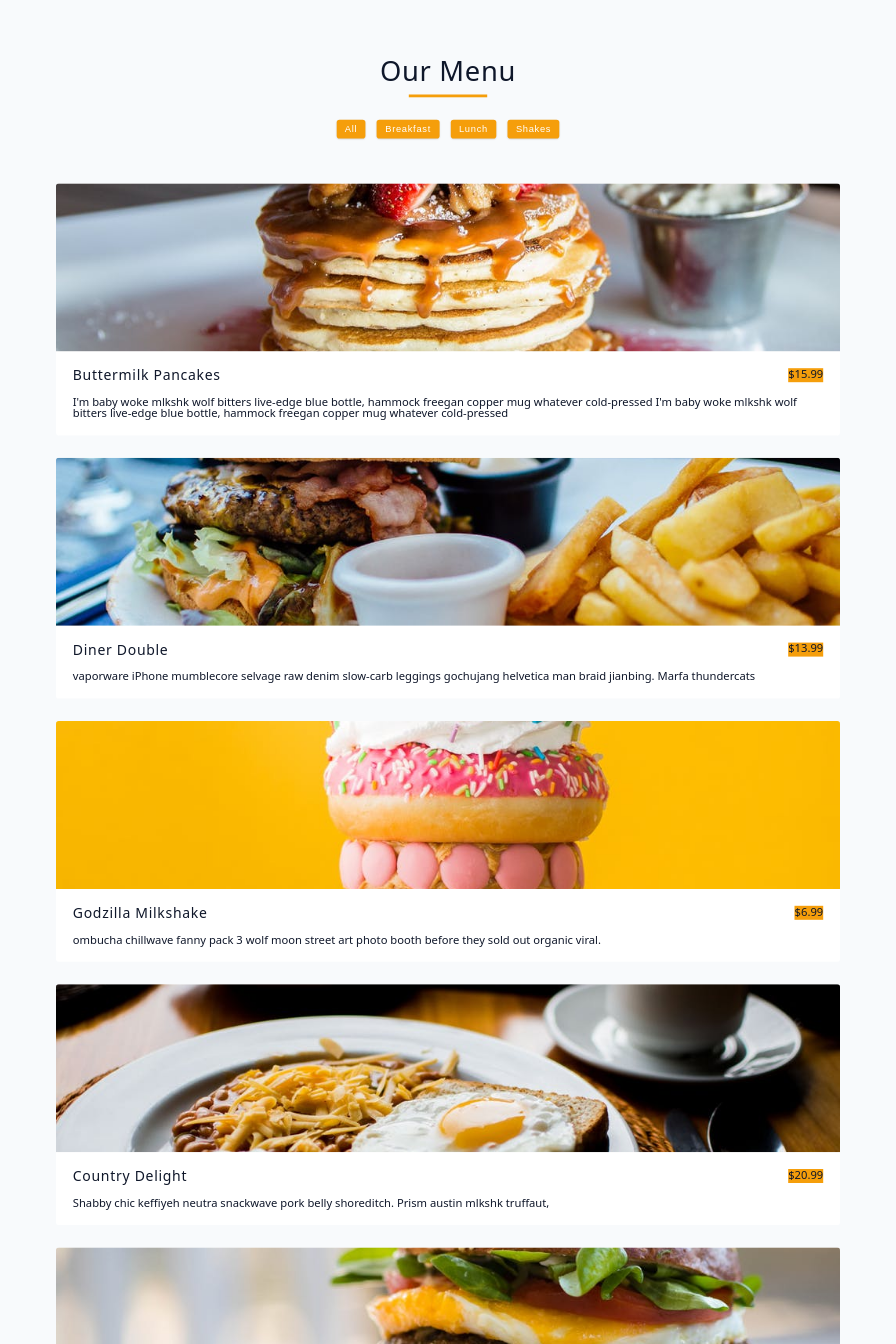
Repository: dydals3440/React-Projects
Page: / (app in 04-fundamental-projects/05-menu/starter/)
These files come from the project's save history. The page is drawn as it stood at one moment and after the next save; the edit follows.
The browser window is 1280 px wide. The pictures show the part of the page from y = 0 to 1920 px (the page is 3710 px tall), at 70% of full size.
The project was rebuilt for these pictures with package versions that can differ from the ones it lists, and the page was loaded fresh each time. Also part of the build but not shown: 04-fundamental-projects/05-menu/starter/vite.config.js.

Above is the page before, as saved 2023-09-07 13:59:42.

After the next save:
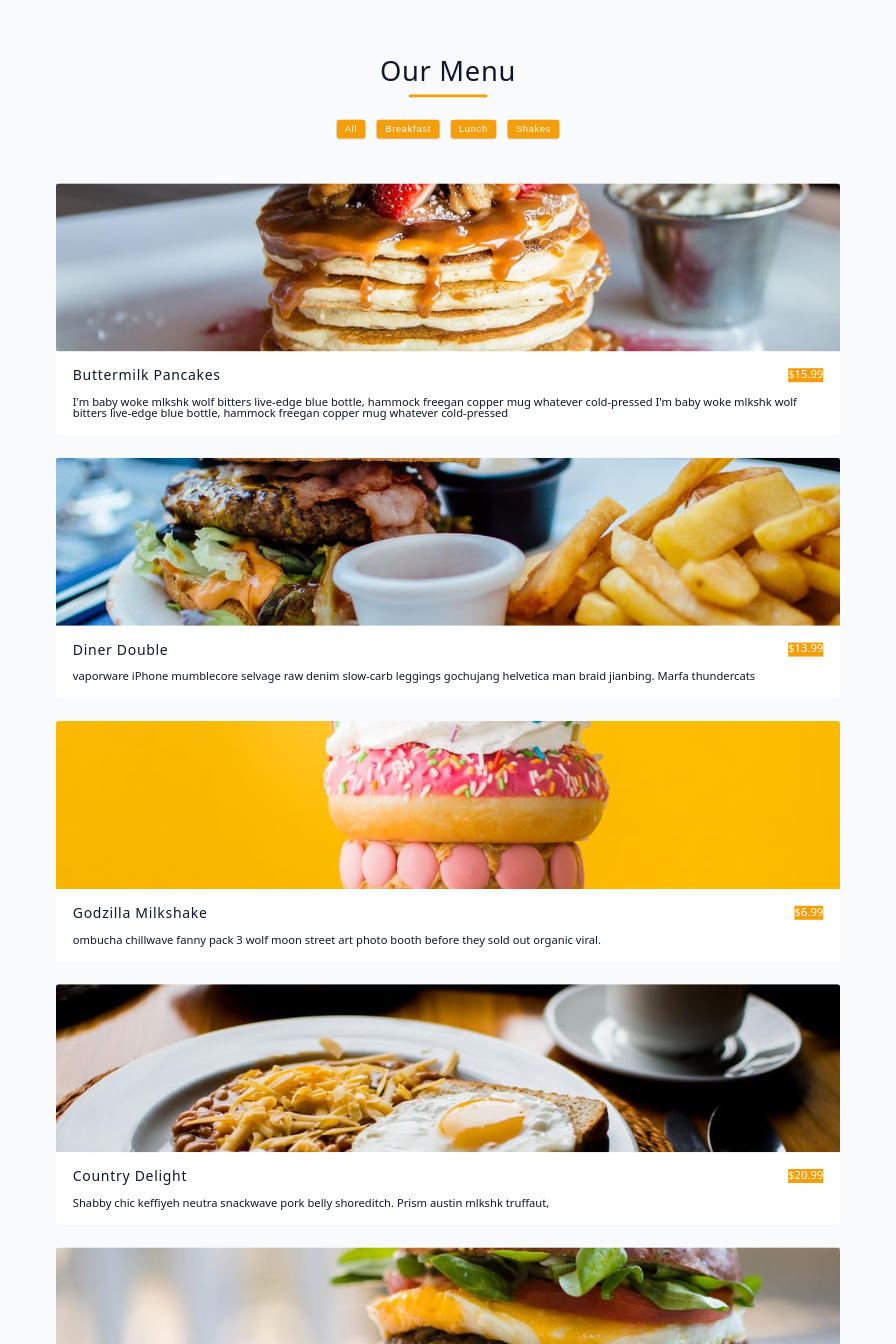
Saved 11 s later.
--- a/04-fundamental-projects/05-menu/starter/src/index.css
+++ b/04-fundamental-projects/05-menu/starter/src/index.css
@@ -302,4 +302,5 @@
 
 .item-price {
   background: var(--primary-500);
-}
+  color: var(--white);
+}
